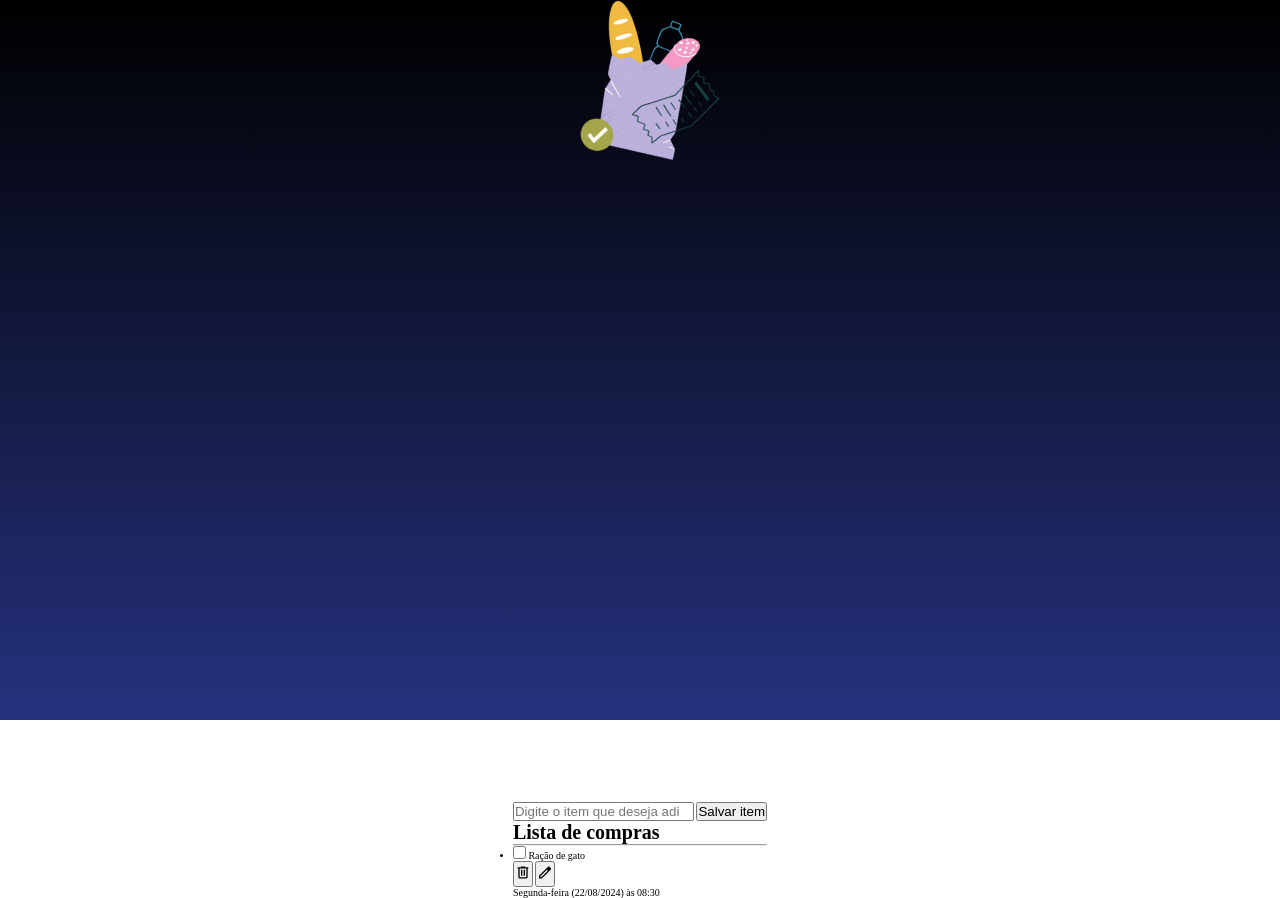
Repository: joaoPraiaJunior/compras_js
Page: index.html
The author's editor kept a copy of each file at every save. The page is drawn from the files as they stood at one save, then again after the next save.
The browser window is 1280 px wide. The pictures show the whole page.
Some web fonts or font styles are not loaded; a fallback is used.

Above is the page before, as saved 2024-08-22 19:48:35.

After the next save:
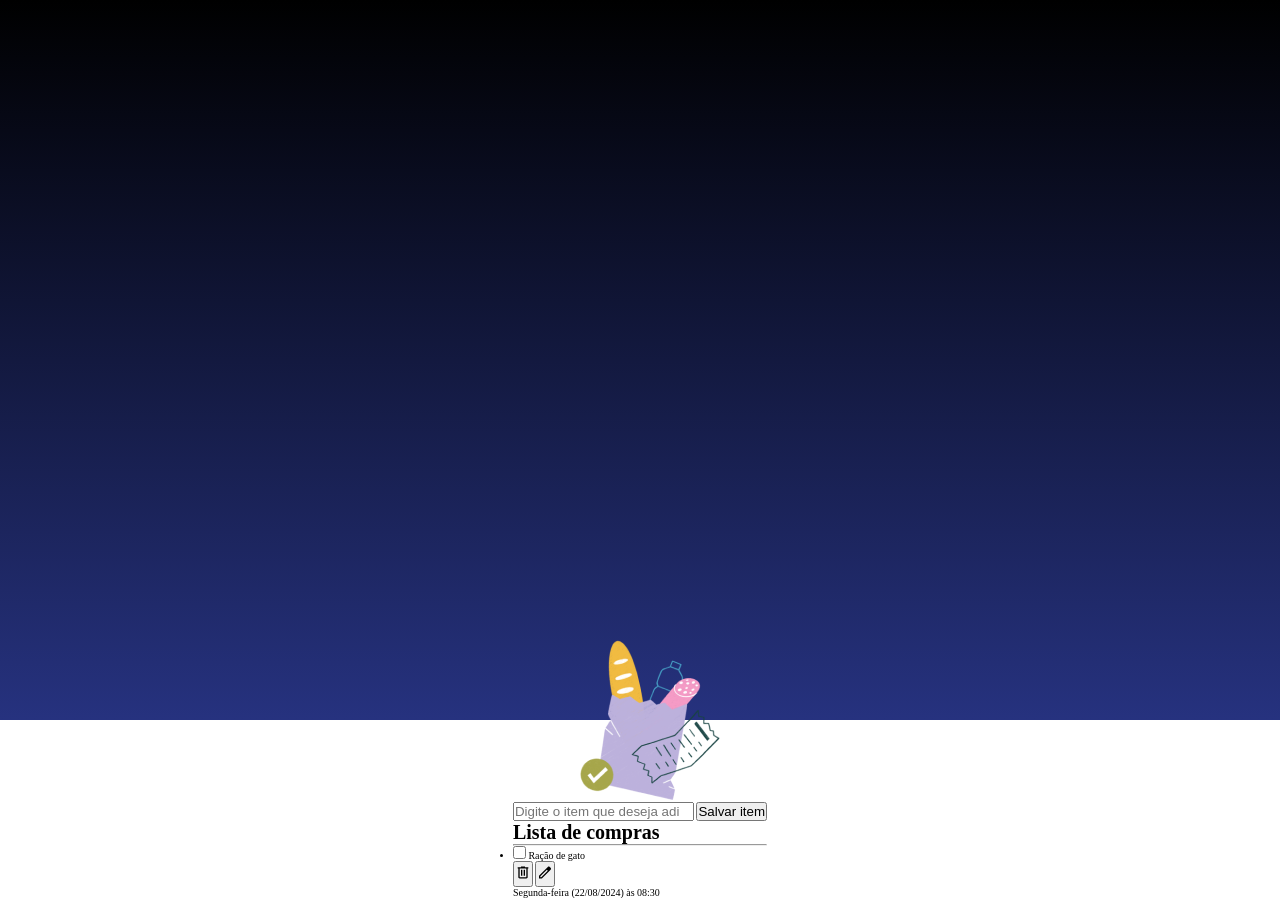
Saved 12 s later.
--- a/css/styles.css
+++ b/css/styles.css
@@ -27,6 +27,6 @@ body {
     height: 100vh;
 }
 
-main {
+header {
     margin-top: 64.0rem
 }
